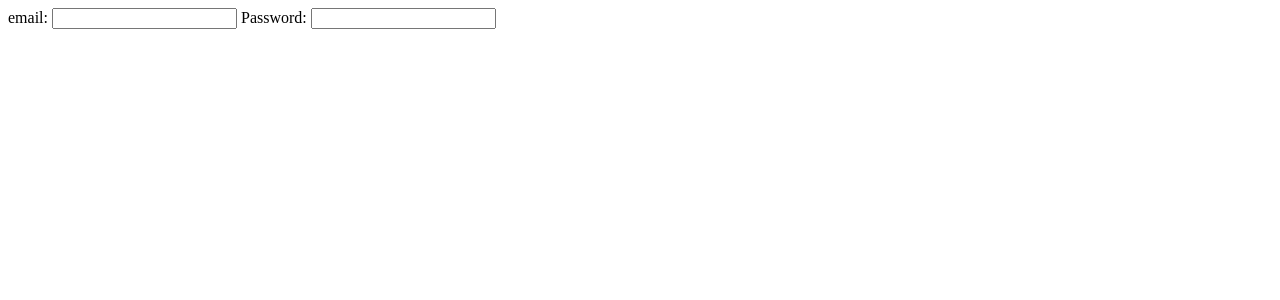
Repository: Kinjaljain047/ibm-fsd-000ggc
Page: http://localhost/Employee_28th_08/
The author's editor kept a copy of each file at every save. The page is drawn from the files as they stood at one save, then again after the next save.
The browser window is 1280 px wide. The pictures show the whole page.
The page is served by Tomcat 9. Other server files are loaded and not shown.

Above is the page before, as saved 2019-08-29 10:45:50.

### eclipse-workspace/Employee_28th_08/WebContent/Login.jsp
<%@ page language="java" contentType="text/html; charset=ISO-8859-1"
    pageEncoding="ISO-8859-1"%>
<!DOCTYPE html>
<html>
<head>
<meta charset="ISO-8859-1">
<title>Insert title here</title>
</head>
<body>
<form action="Response.jsp" mathod="post">
<label for= "input-1">email:</label>
<input id=1 type="email" name= "email"/>
<label for="input-2">Password:</label>
<input id=2 type="password" name="password"/>

</body>
</html>

After the next save:
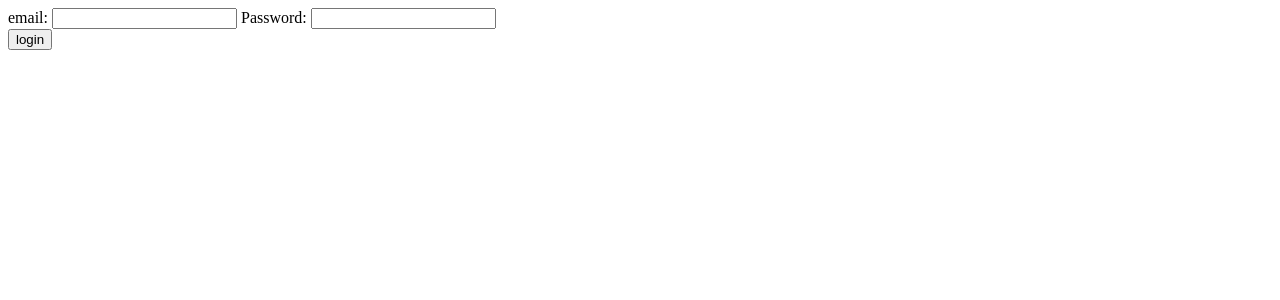
Saved 32 s later.
--- a/eclipse-workspace/Employee_28th_08/WebContent/Login.jsp
+++ b/eclipse-workspace/Employee_28th_08/WebContent/Login.jsp
@@ -12,6 +12,8 @@
 <input id=1 type="email" name= "email"/>
 <label for="input-2">Password:</label>
 <input id=2 type="password" name="password"/>
+<br>
+<input type="submit" value="login"/>
 
 </body>
 </html>
